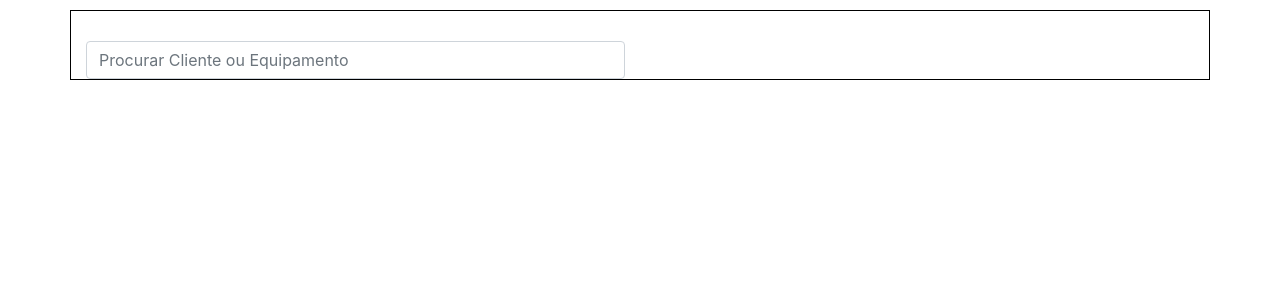
Repository: gabrielfeliphe/AssistenciaTecnica
Page: PI-AssistenciaTecnica/WebContent/pages/almoxarife/funcoes/verifica_item.html
An editor plug-in stored every save of this project. The page is shown before and after the next save, followed by the edit.
The browser window is 1280 px wide. The pictures show the whole page.
Some web libraries are served in a nearby version.

Above is the page before, as saved 2021-10-21 22:23:05.
Console error: TypeError: Cannot read properties of undefined (reading 'fn')

After the next save:
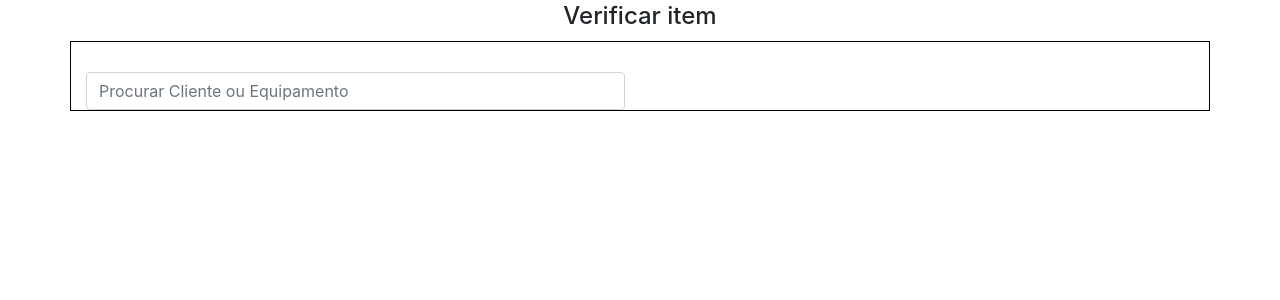
Saved 85 s later.
--- a/PI-AssistenciaTecnica/WebContent/pages/almoxarife/funcoes/verifica_item.html
+++ b/PI-AssistenciaTecnica/WebContent/pages/almoxarife/funcoes/verifica_item.html
@@ -12,7 +12,9 @@
 
 </head>
 <body>
+
 	<div class= "container">
+		<h4>Verificar item</h4>
 		<div class = "row" id="box">
 			<div class="col-sm">
 			 	 <input type="text" class="form-control"  placeholder="Procurar Cliente ou Equipamento">
